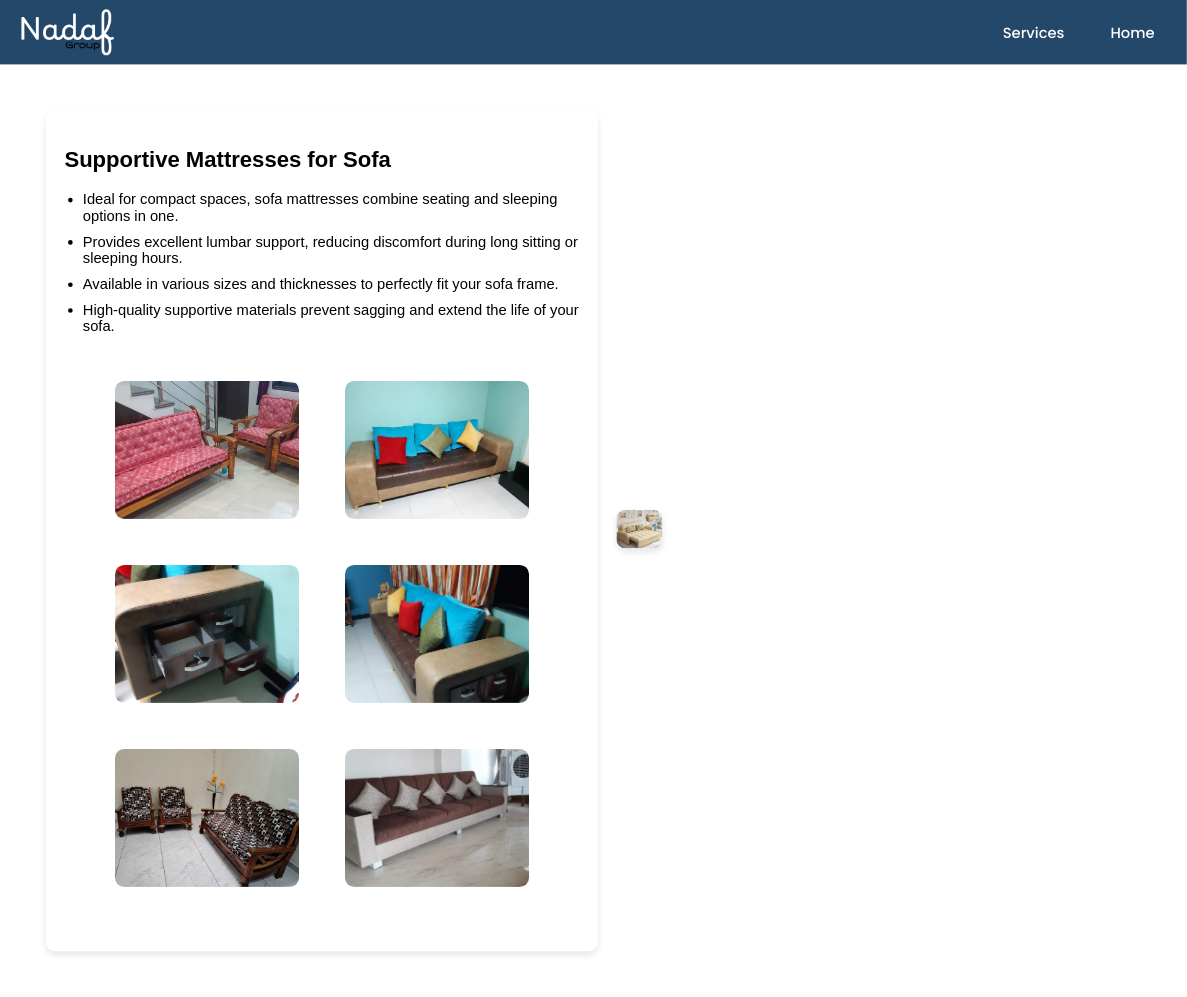
Repository: nadafgroup/rashidgadiUI
Page: src/sofa.html
These files come from the project's save history. The page is drawn as it stood at one moment and after the next save; the edit follows.
The browser window is 1280 px wide. The page is 1290 px wide, so the pictures cover 1290 px, including what lies to the right of the window. The pictures show the whole page, at 92% of full size.

Above is the page before, as saved 2025-01-30 17:36:57.

After the next save:
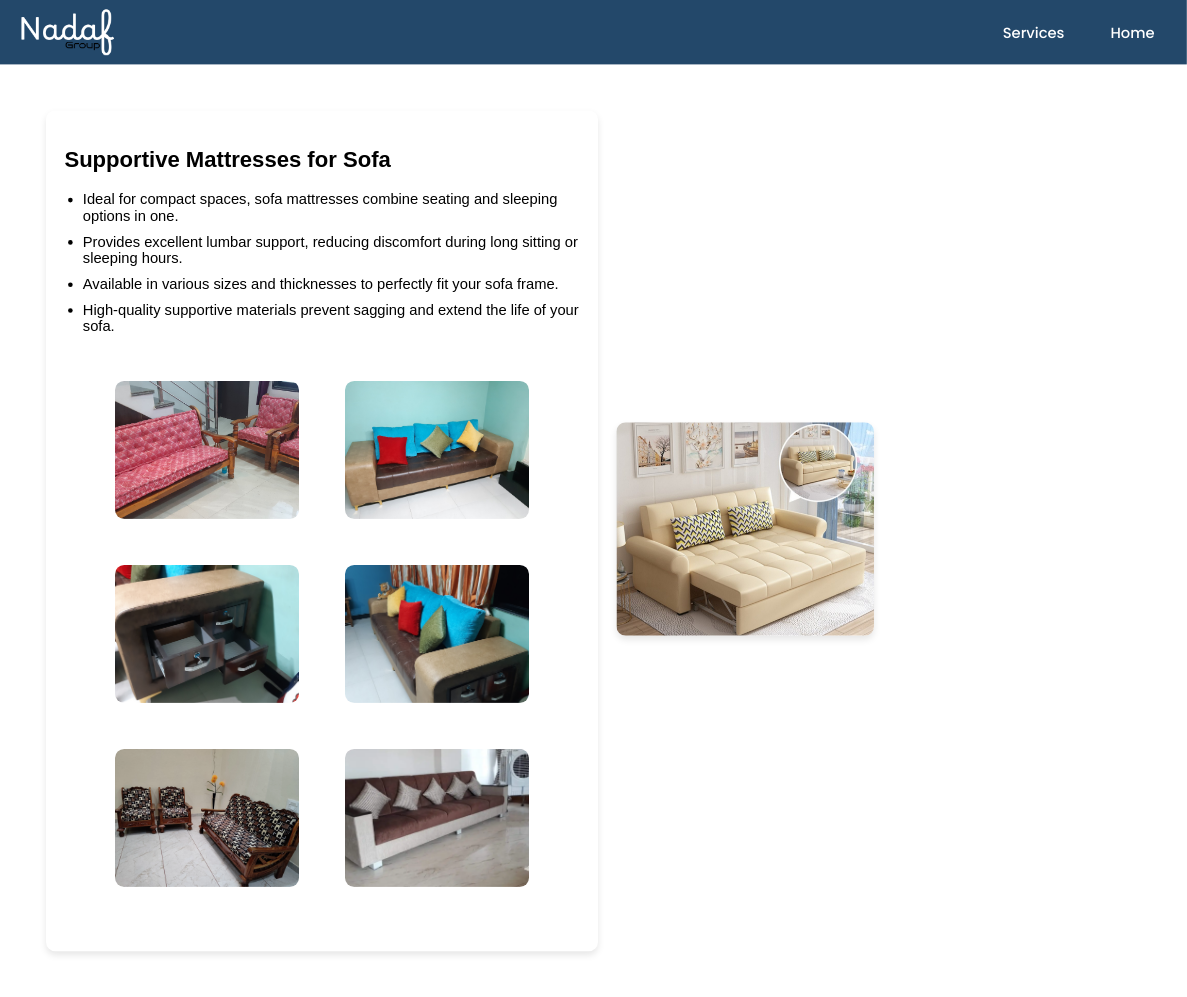
Saved 12 s later.
--- a/src/sofa.html
+++ b/src/sofa.html
@@ -54,7 +54,7 @@
         </div>
 
         <div class="image-container">
-            <img src="../assets/img/luxury-sofa-cum-bed.webp" style="width: 50px;" alt="Mattress">
+            <img src="../assets/img/luxury-sofa-cum-bed.webp" style="width: 50%;" alt="Mattress">
         </div>
     </div>
 
